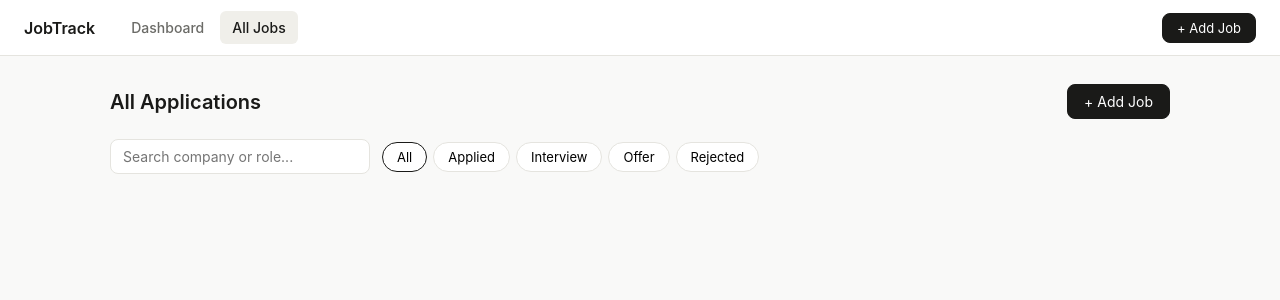
Repository: adtm0/jobtracker
Page: /jobs (app in frontend/)
The author's editor kept a copy of each file at every save. The page is drawn from the files as they stood at one save, then again after the next save.
The browser window is 1280 px wide. The pictures show the whole page.
The project was rebuilt for these pictures with package versions that can differ from the ones it lists, and the page was loaded fresh each time. Also part of the build but not shown: frontend/vite.config.js, frontend/src/pages/Login.jsx, frontend/src/pages/Register.jsx, frontend/src/pages/Dashboard.jsx, frontend/src/pages/JobForm.jsx.

Above is the page before, as saved 2026-04-19 20:15:22.

### frontend/src/main.jsx
import { StrictMode } from "react";
import React from "react";
import ReactDOM from 'react-dom/client'
import { BrowserRouter } from 'react-router-dom'
import { createRoot } from "react-dom/client";
import "./index.css";
import App from "./App.jsx";

createRoot(document.getElementById("root")).render(
  <StrictMode>
    <BrowserRouter>
      <App />
    </BrowserRouter>
  </StrictMode>,
);

### frontend/src/index.css
*, *::before, *::after {
  box-sizing: border-box;
  margin: 0;
  padding: 0;
}

body {
  font-family: -apple-system, BlinkMacSystemFont, 'Segoe UI', sans-serif;
  background: #f9f9f8;
  color: #1a1a18;
  font-size: 14px;
  line-height: 1.5;
}

main {
  max-width: 1100px;
  margin: 0 auto;
  padding: 28px 20px;
}

input, select, textarea {
  width: 100%;
  padding: 8px 12px;
  border: 1px solid #e5e4df;
  border-radius: 8px;
  font-size: 14px;
  font-family: inherit;
  outline: none;
}

input:focus, select:focus, textarea:focus {
  border-color: #185FA5;
}

button {
  cursor: pointer;
  font-family: inherit;
  font-size: 14px;
  border-radius: 8px;
  border: 1px solid #e5e4df;
  background: #fff;
  padding: 8px 16px;
}

button:hover {
  background: #f9f9f8;
}

.btn-primary {
  background: #1a1a18;
  color: #fff;
  border-color: #1a1a18;
}

.btn-primary:hover {
  background: #333;
}

label {
  display: block;
  font-size: 12px;
  font-weight: 500;
  color: #6b6b67;
  margin-bottom: 5px;
}

### frontend/src/App.jsx
import {Routes, Route} from 'react-router-dom'
import Login from './pages/Login'
import Register from './pages/Register'
import Dashboard from './pages/Dashboard'
import Jobs from './pages/Jobs'
import JobForm from './pages/JobForm'
import Navbar from './components/Navbar'

function Layout({ children }) {
  return (
    <>
      <Navbar />
      <main>
        {children}
      </main>
    </>
  );
}

function App() {

  return (
    <Routes>
      <Route path='/login' element={<Login />} />
      <Route path='/register' element={<Register />} />
      <Route path='/dashboard' element={<Layout><Dashboard /></Layout>} />
      <Route path='/jobs' element={<Layout><Jobs /></Layout>} />
      <Route path='/jobs/new' element={<Layout><JobForm /></Layout>} />
    </Routes>
  )
}

export default App

### frontend/src/pages/Jobs.jsx
import { useState } from "react";
import { Link } from "react-router-dom";

const STATUSES = ['all', 'applied', 'interview', 'offer', 'rejected']

const MOCK_JOBS = [
  {id: 1, company: 'Stripe', role: 'Frontend Engineer', status: 'applied', date_applied: '2026-04-14', notes: 'Referral from Jane'},
  {id: 2, company: 'Notion', role: 'Software Engineer', status: 'interview', date_applied: '2026-04-08', notes: 'Technical round next week'},
  {id: 3, company: 'Anthropic', role: 'Software Engineer', status: 'offer', date_applied: '2026-03-30', notes: 'Deadline Apr 25'},
  {id: 4, company: 'Apple', role: 'iOS Engineer', status: 'rejected', date_applied: '2026-03-20', notes: ''}
]

const BADGE_COLORS = {
  applied: {bg: '#E6F1FB', color: '#185FA5'},
  interview: {bg: '#FAEEDA', color: '#854F0B'},
  offer: {bg: '#EAF3DE', color: '#3B6D11'},
  rejected: {bg: '#FCEBEB', color: '#A32D2D'},
}
export default function Jobs() {
  const [filter, setFilter] = useState('all')
  const [search, setSearch] = useState('')

  const filtered = MOCK_JOBS
    .filter(j => filter === 'all' || j.status === filter)
    .filter(j =>
      j.company.toLowerCase().includes(search.toLowerCase()) ||
      j.role.toLowerCase().includes(search.toLowerCase())
    )

  return (
    <div>
      <div style={{display: 'flex', justifyContent: 'space-between', alignItems: 'center', marginBottom:20 }}>
        <h2 style={{fontSize: 20, fontWeight: 600}}>All Applications</h2>
        <Link to="/jobs/new" style={{textDecoration: 'none'}}>
          <button className="btn-primary">+ Add Job</button>
        </Link>
      </div>

      {/*search and filters */}
      <div style={{display: 'flex', gap: 12, marginBottom: 20, alignItems: 'center'}}>
        <input
          placeholder="Search company or role..."
          value={search}
          onChange={e => setSearch(e.target.value)}
          style={{maxWidth: 260}}
        />
        <div style={{display: 'flex', gap: 6}}>
          {STATUSES.map(s => (
            <button
              key={s}
              onClick={() => setFilter(s)}
              style={{
                padding: '6px 14px',
                borderRadius: 20,
                fontSize: 13,
                border: '1px solid',
                borderColor: filter === s ? '#1a1a18' : '#e5e4df'
              }}
            >
              {s.charAt(0).toUpperCase() + s.slice(1)}
            </button>
          ))}
        </div>
      </div>
    </div>
  )
}

### frontend/src/components/Navbar.jsx
import { NavLink } from "react-router-dom";

export default function Navbar() {
  return (
    <nav
      style={{
        background: "#fff",
        borderBottom: "1px solid #e5e4df",
        padding: "0 24px",
        height: 56,
        display: "flex",
        alignItems: "center",
        justifyContent: "space-between",
        position: "sticky",
        top: 0,
        zIndex: 100,
      }}
    >
      <div style={{ display: "flex", alignItems: "center", gap: 4 }}>
        <span style={{ fontWeight: 600, fontSize: 16, marginRight: 20 }}>
          JobTrack
        </span>
        <NavLink to="/dashboard" style={linkStyle}>
          Dashboard
        </NavLink>
        <NavLink to="/jobs" style={linkStyle}>
          All Jobs
        </NavLink>
      </div>
      <NavLink to="/jobs/new" style={{ textDecoration: "none" }}>
        <button
          className="btn-primary"
          style={{ fontSize: 13, padding: "6px 14px" }}
        >
          + Add Job
        </button>
      </NavLink>
    </nav>
  );
}

const linkStyle = ({ isActive }) => ({
  textDecoration: "none",
  fontSize: 14,
  fontWeight: 500,
  padding: '6px 12px',
  borderRadius: 6,
  color: isActive ? '#1a1a18' : '#6b6b67',
  background: isActive ? '#f0efea' : 'transparent'
});

After the next save:
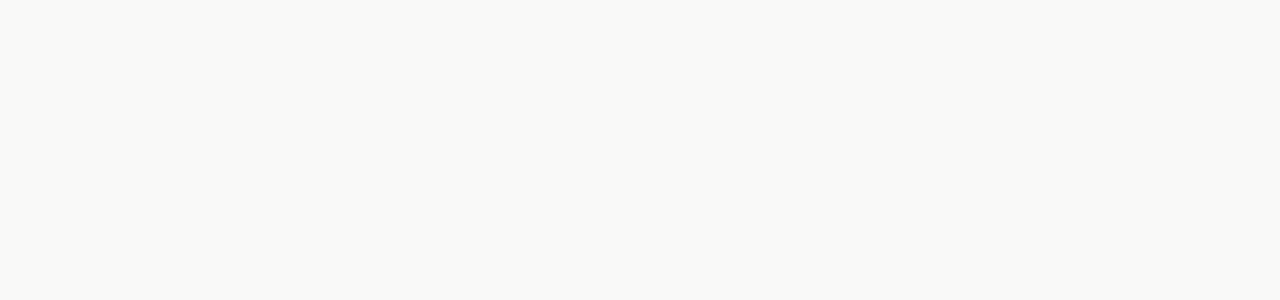
Console error: ReferenceError: back is not defined
Saved 7 s later.
--- a/frontend/src/pages/Jobs.jsx
+++ b/frontend/src/pages/Jobs.jsx
@@ -54,7 +54,8 @@
                 borderRadius: 20,
                 fontSize: 13,
                 border: '1px solid',
-                borderColor: filter === s ? '#1a1a18' : '#e5e4df'
+                borderColor: filter === s ? '#1a1a18' : '#e5e4df',
+                back
               }}
             >
               {s.charAt(0).toUpperCase() + s.slice(1)}

After the 3 saves that followed:
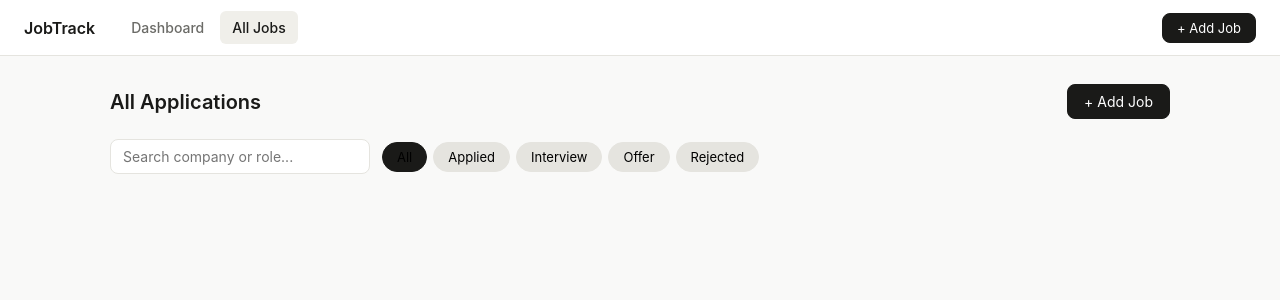
The error is gone.
The 3 saves are shown as one change because 1 did not build or start and some came seconds apart.
The last was saved 15 s later.
--- a/frontend/src/pages/Jobs.jsx
+++ b/frontend/src/pages/Jobs.jsx
@@ -55,7 +55,7 @@
                 fontSize: 13,
                 border: '1px solid',
                 borderColor: filter === s ? '#1a1a18' : '#e5e4df',
-                back
+                background: filter === s ? '#1a1a18' : '#e5e4df'
               }}
             >
               {s.charAt(0).toUpperCase() + s.slice(1)}
